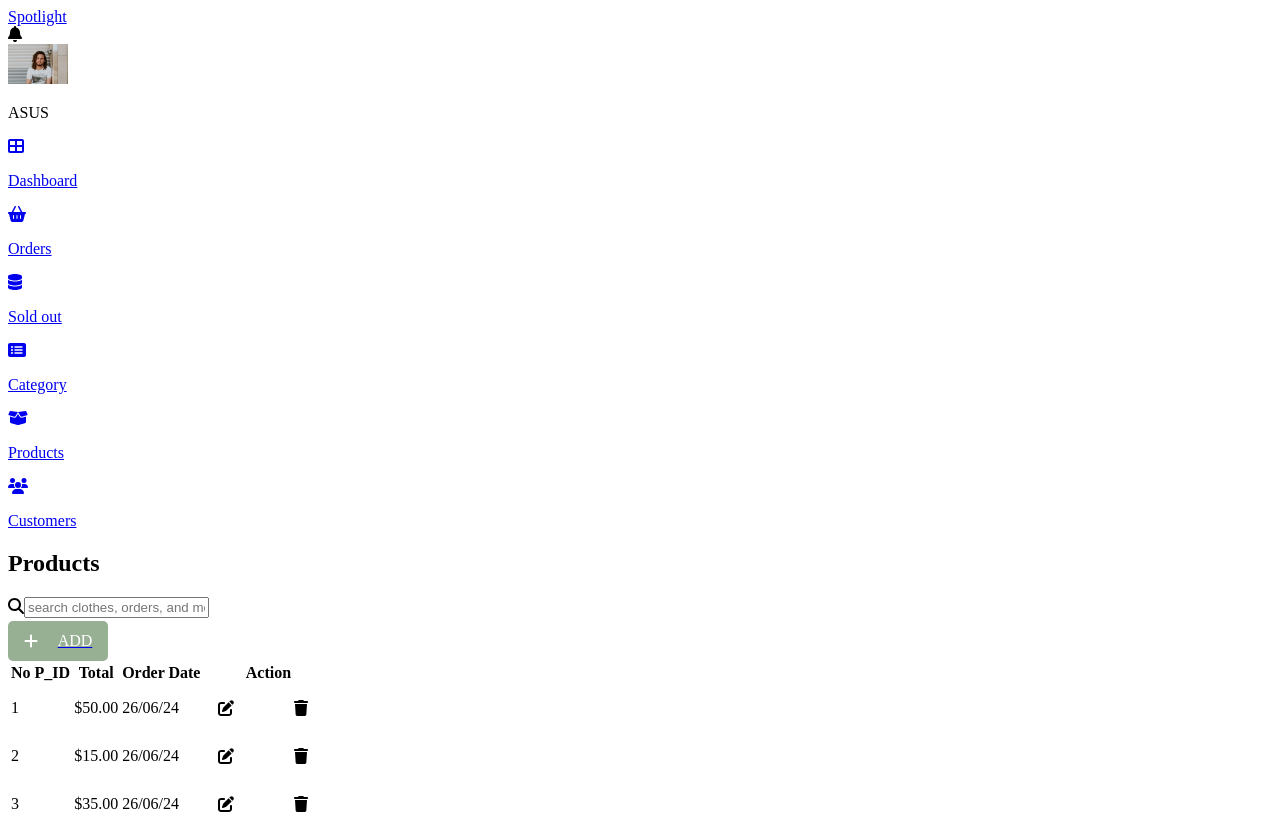
Repository: pin-seavmuy/Spotlight-POS
Page: /category
An editor plug-in stored every save of this project. The page is shown before and after a run of saves, followed by the edit.
The browser window is 1280 px wide. The pictures show the whole page.
Some web fonts or font styles are not loaded; a fallback is used. The project was rebuilt for these pictures with package versions that can differ from the ones it lists, and the page was loaded fresh each time. Also part of the build but not shown: vue.config.js, src/components/Orders.vue, src/components/Products.vue, src/components/Customers.vue, src/components/AddCategory.vue.

Above is the page before, as saved 2024-06-26 17:52:45.

After the next 3 saves:
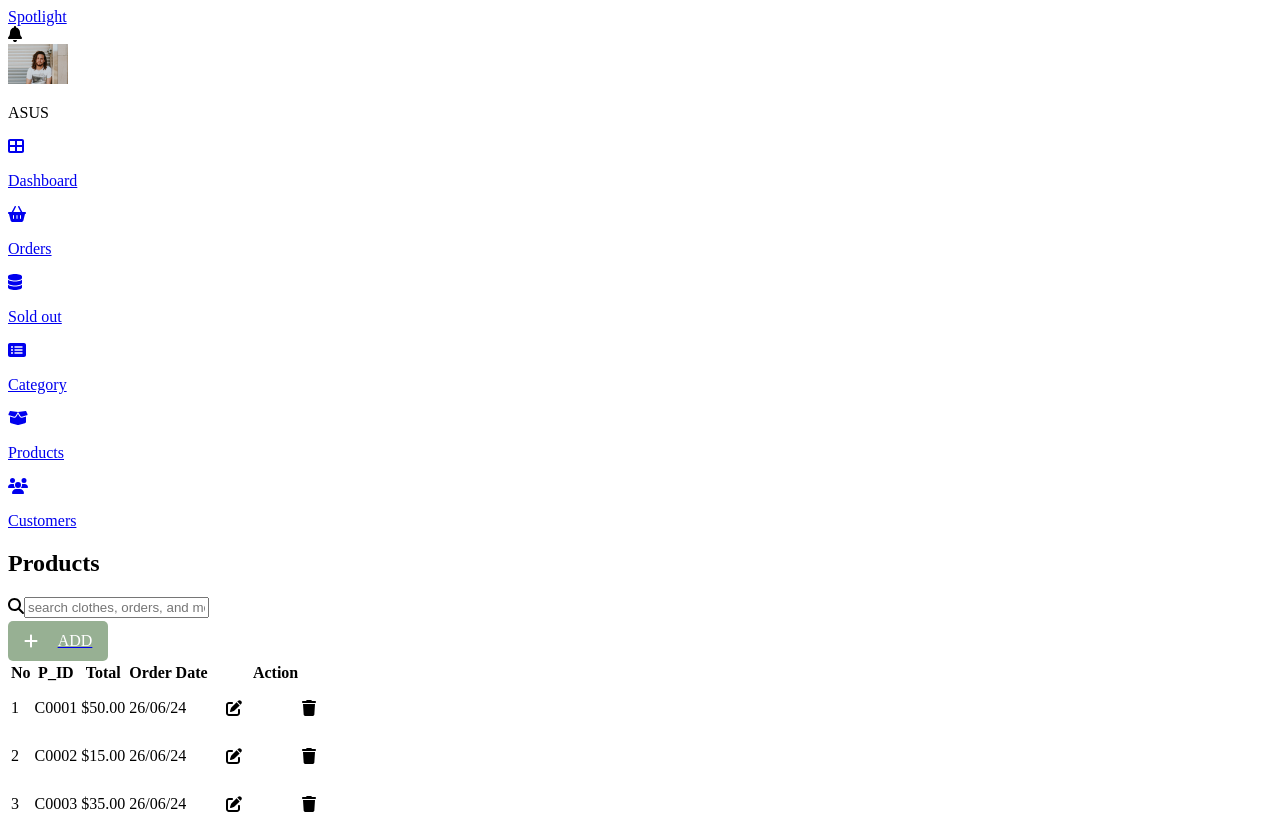
The 3 saves are shown as one change because they came seconds apart.
The last was saved 15 s later.
--- a/src/components/Category.vue
+++ b/src/components/Category.vue
@@ -118,9 +118,9 @@
             // Add more icons as needed
         },
         orders: [
-          { id: 1, product: 'C0001', total: '$50.00', orderDate: '26/06/24' },
-          { id: 2,  product: 'C0002', total: '$15.00', orderDate: '26/06/24' },
-          { id: 3, product: 'C0003', total: '$35.00', orderDate: '26/06/24'},
+          { id: 1, productID: 'C0001', total: '$50.00', orderDate: '26/06/24' },
+          { id: 2,  productID: 'C0002', total: '$15.00', orderDate: '26/06/24' },
+          { id: 3, productID: 'C0003', total: '$35.00', orderDate: '26/06/24'},
         ],
         };
     },
